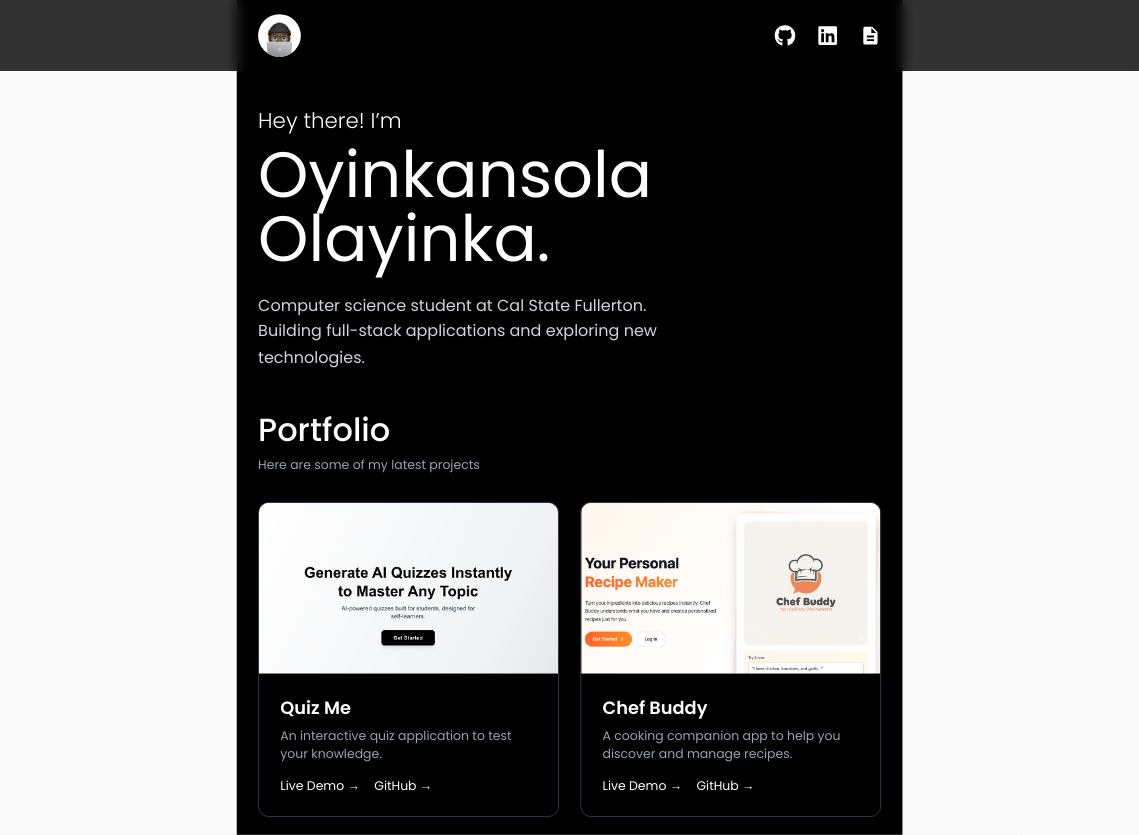
Repository: olasores/olasores-portfolio
Page: /
The author's editor kept a copy of each file at every save. The page is drawn from the files as they stood at one save, then again after the next save.
The browser window is 1280 px wide. The pictures show the whole page, at 89% of full size.
The project was rebuilt for these pictures with package versions that can differ from the ones it lists, and the page was loaded fresh each time. The framework's server and built-in components were replaced by stand-ins that run in the browser. Also part of the build but not shown: next.config.ts.

Above is the page before, as saved 2025-11-11 13:19:22.

### app/layout.tsx
import type { Metadata } from "next";
import { Poppins } from "next/font/google";
import "./globals.css";
import Navbar from "./components/Navbar";

const poppins = Poppins({
  variable: "--font-poppins",
  weight: ["300", "400", "500", "600", "700"],
  subsets: ["latin"],
});

export const metadata: Metadata = {
  title: "Oyinkansola Olayinka | Portfolio",
  description: "Computer science student at Cal State Fullerton. Full-stack developer building intuitive applications.",
  icons: {
    icon: "/assets/olaimg2.webp",
  },
};

export default function RootLayout({
  children,
}: Readonly<{
  children: React.ReactNode;
}>) {
  return (
    <html lang="en">
      <body
        className={`${poppins.variable} antialiased`}
      >
        <Navbar />
        {children}
      </body>
    </html>
  );
}

### app/page.tsx
import HomeSection from "./components/HomeSection";

export default function Home() {
  return (

    <div className="flex min-h-screen items-center justify-center bg-zinc-50 font-sans dark:bg-black top-20">
      <HomeSection />

    </div>
  );
}

### app/globals.css
@import "tailwindcss";

* {
  font-family: 'Poppins', sans-serif;
}

:root {
  --background: #ffffff;
  --foreground: #171717;
}

@media (prefers-color-scheme: dark) {
  :root {
    --background: #0a0a0a;
    --foreground: #ededed;
  }
}

body {
  background: var(--background);
  color: var(--foreground);
}

### app/components/Navbar.tsx
'use client';

import { FaGithub, FaLinkedin } from 'react-icons/fa';
import { MdDescription } from 'react-icons/md';

export default function Navbar() {
    return (
        <nav className="fixed top-0 left-0 right-0 bg-black/80 backdrop-blur-sm px-6 py-4 z-50 flex justify-center">
            <div className="max-w-[700px] w-full flex items-center justify-between">
                {/* Logo */}
                <div className="relative w-12 h-12 rounded-full bg-white overflow-hidden flex items-center justify-center">
                    <img
                        src="/assets/olaimg2.webp"
                        alt="Oyinkansola Olayinka Logo"
                        className="w-full h-full object-cover"
                    />
                </div>

                {/* Links - Social Media Icons */}
                <div className="flex gap-6">
                    {/* GitHub Icon */}
                    <a
                        href="https://github.com/olasores"
                        target="_blank"
                        rel="noopener noreferrer"
                        className="text-white hover:text-gray-400 transition text-2xl"
                        title="GitHub"
                    >
                        <FaGithub />
                    </a>

                    {/* LinkedIn Icon */}
                    <a
                        href="https://www.linkedin.com/in/oyinkansola-olayinka/"
                        target="_blank"
                        rel="noopener noreferrer"
                        className="text-white hover:text-gray-400 transition text-2xl"
                        title="LinkedIn"
                    >
                        <FaLinkedin />
                    </a>

                    {/* Resume/Document Icon */}
                    <a
                        href="https://drive.google.com/file/d/1dOEJkfoQH73suDsccBJyT5-bezTsWutk/view?pli=1"
                        target="_blank"
                        rel="noopener noreferrer"
                        className="text-white hover:text-gray-400 transition text-2xl"
                        title="Resume"
                    >
                        <MdDescription />
                    </a>
                </div>
            </div>
        </nav>
    );
}

### app/components/HomeSection.tsx
import Portfolio from "./Portfolio";
export default function HomeSection() {
    return (
        <div className="flex min-h-screen justify-center bg-black font-sans dark:bg-black px-6 py-5 pt-10 md:pt-30">
            <div className="max-w-[700px] w-full flex flex-col gap-12">
                {/* Text content */}
                <div className="flex flex-col gap-6 items-center md:items-start">
                    <div>
                        <h2 className="text-xl md:text-2xl font-light text-white mb-2">
                            Hey there! I&rsquo;m
                        </h2>
                        <h1 className="text-5xl md:text-7xl  text-white">
                            Oyinkansola Olayinka.
                        </h1>
                    </div>

                                        <p className="text-base md:text-lg text-gray-300 leading-relaxed max-w-lg">
                        Computer science student at Cal State Fullerton. Building full-stack applications and exploring new technologies.
                    </p>

                    {/* Links */}
                    {/* <div className="flex gap-6 text-lg md:text-xl text-white">
                        <a href="#" className="hover:text-gray-400 transition">
                            Github ↗
                        </a>
                        <a href="#" className="hover:text-gray-400 transition">
                            linkedin ↗
                        </a>
                        <a href="#" className="hover:text-gray-400 transition">
                            Resume ↗
                        </a>
                    </div> */}

                </div>
                <Portfolio />

            </div>
        </div>
    );
}

### app/components/Portfolio.tsx
export default function Portfolio() {
    return (
        <div className="flex justify-center bg-black font-sans dark:bg-black ">
            <div className="max-w-[700px] w-full flex flex-col gap-8">
                {/* Section Title */}
                <div>
                    <h2 className="text-3xl md:text-4xl font-medium text-white mb-2">
                        Portfolio
                    </h2>
                    <p className="text-gray-400 text-sm">
                        Here are some of my latest projects
                    </p>
                </div>

                {/* Projects Grid */}
                <div className="grid grid-cols-1 md:grid-cols-2 gap-6">
                    {/* Quiz Me Project */}
                    <div className="border border-gray-700 rounded-xl overflow-hidden hover:border-gray-500 transition flex flex-col">
                        {/* Project Image */}
                        <div className="w-full h-48 bg-gray-800 overflow-hidden">
                            <img
                                src="/assets/quizzy.png"
                                alt="Quiz Me Project"
                                className="w-full h-full object-cover"
                            />
                        </div>

                        {/* Project Details */}
                        <div className="p-6 flex flex-col gap-4 flex-1">
                            <div>
                                <h3 className="text-xl font-semibold text-white mb-2">
                                    Quiz Me
                                </h3>
                                <p className="text-gray-400 text-sm">
                                    An interactive quiz application to test your knowledge.
                                </p>
                            </div>

                            {/* Links */}
                            <div className="flex gap-4 text-sm mt-auto">
                                <a
                                    href="https://quiz-me-sandy.vercel.app/"
                                    target="_blank"
                                    rel="noopener noreferrer"
                                    className="text-white hover:text-gray-300 transition"
                                >
                                    Live Demo →
                                </a>
                                <a
                                    href="#"
                                    className="text-white hover:text-gray-300 transition"
                                >
                                    GitHub →
                                </a>
                            </div>
                        </div>
                    </div>

                    {/* Project Card 2 - Chef Buddy */}
                    <div className="border border-gray-700 rounded-xl overflow-hidden hover:border-gray-500 transition flex flex-col">
                        {/* Project Image */}
                        <div className="w-full h-48 bg-gray-800 overflow-hidden">
                            <img
                                src="/assets/chef.png"
                                alt="Chef Buddy Project"
                                className="w-full h-full object-cover"
                            />
                        </div>

                        {/* Project Details */}
                        <div className="p-6 flex flex-col gap-4 flex-1">
                            <div>
                                <h3 className="text-xl font-semibold text-white mb-2">
                                    Chef Buddy
                                </h3>
                                <p className="text-gray-400 text-sm">
                                    A cooking companion app to help you discover and manage recipes.
                                </p>
                            </div>

                            {/* Links */}
                            <div className="flex gap-4 text-sm mt-auto">
                                <a
                                    href="https://chef-buddy-rouge.vercel.app/"
                                    target="_blank"
                                    rel="noopener noreferrer"
                                    className="text-white hover:text-gray-300 transition"
                                >
                                    Live Demo →
                                </a>
                                <a
                                    href="#"
                                    className="text-white hover:text-gray-300 transition"
                                >
                                    GitHub →
                                </a>
                            </div>
                        </div>
                    </div>
                </div>
            </div>
        </div>
    );
}

### app/components/Contact.tsx
export default function Contact() {
    return (
        <div className="flex justify-center bg-black font-sans dark:bg-black px-6 py-16">
            <div className="max-w-[700px] w-full flex flex-col gap-8">
                {/* Section Title */}
                <div>
                    <h2 className="text-3xl md:text-4xl font-bold text-white mb-4">
                        Wanna reach out?
                    </h2>
                    <p className="text-gray-400 text-base mb-6">
                        Email me at{' '}
                        <a
                            href="mailto:oyinkansola_o@yahoo.com"
                            className="text-white hover:text-gray-300 transition font-semibold underline"
                        >
                            oyinkansola_o@yahoo.com
                        </a>
                    </p>
                </div>
            </div>
        </div>
    );
}

After the next save:
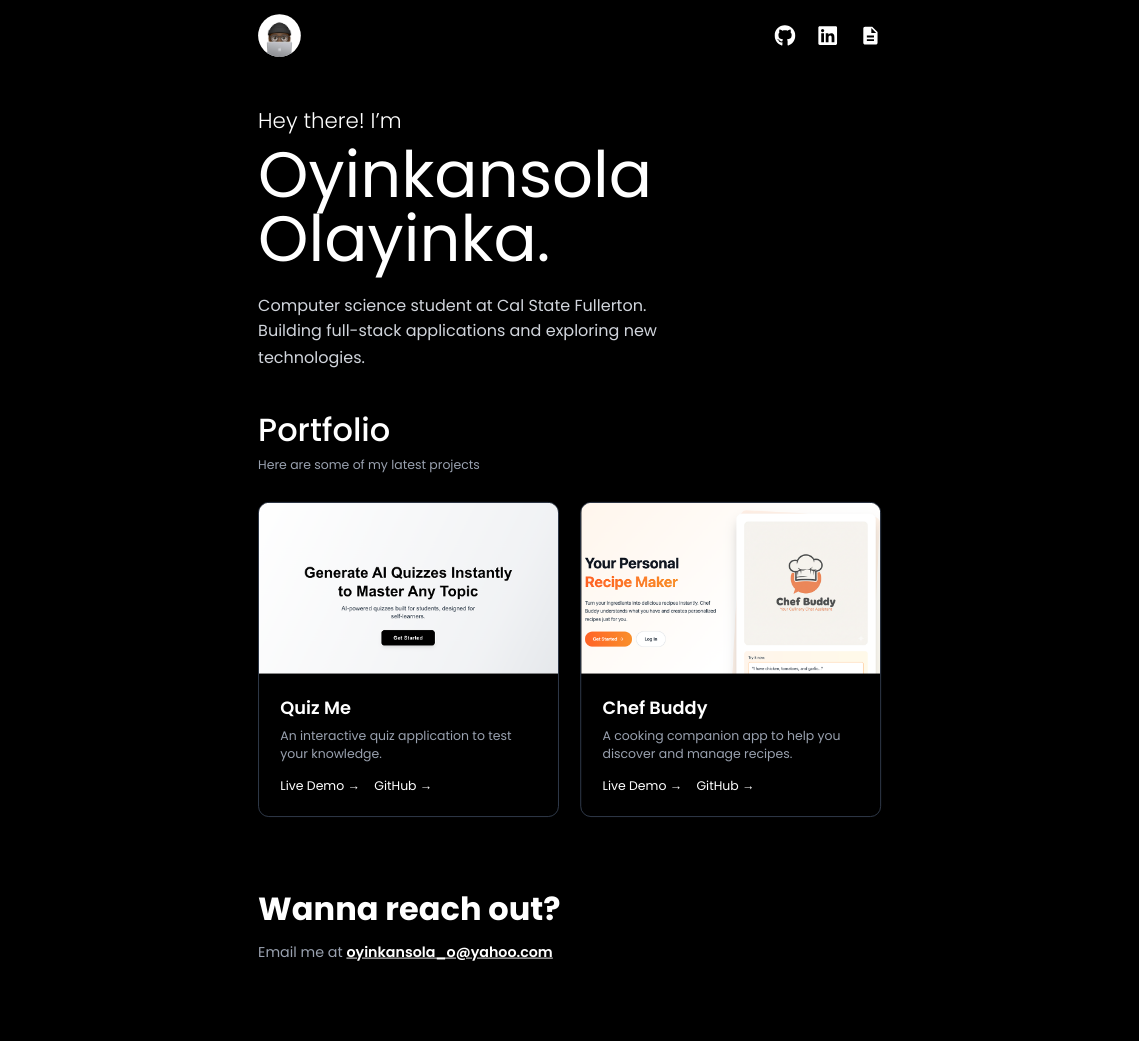
Saved 8 s later.
--- a/app/page.tsx
+++ b/app/page.tsx
@@ -1,11 +1,11 @@
 import HomeSection from "./components/HomeSection";
+import Contact from "./components/Contact";
 
 export default function Home() {
   return (
-
-    <div className="flex min-h-screen items-center justify-center bg-zinc-50 font-sans dark:bg-black top-20">
+    <div className="flex flex-col bg-black">
       <HomeSection />
-
+      <Contact />
     </div>
   );
 }
